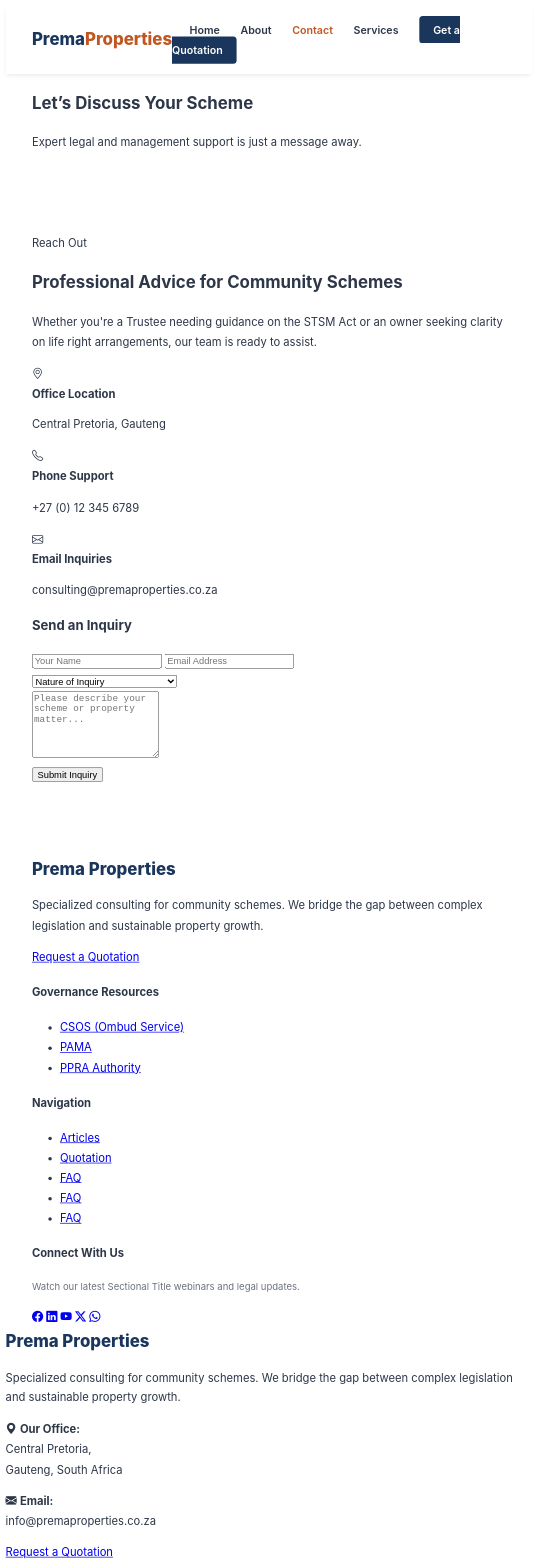
Repository: mnqobiMenzi/Prema-Properties
Page: contact-us.html
An editor plug-in stored every save of this project. The page is shown before and after a run of saves, followed by the edit.
The browser window is 768 px wide. The pictures show the part of the page from y = 0 to 2240 px (the page is 2293 px tall before and 2712 px after), at 70% of full size.

Above is the page before, as saved 2026-02-10 12:33:56.

### contact-us.html
<!DOCTYPE html>
<html lang="en">
<head>
  <meta charset="UTF-8">
  <meta name="viewport" content="width=device-width, initial-scale=1.0">
  <title>Contact Us | Prema Properties</title>
  <link rel="stylesheet" href="CSS/style.css">
  <link rel="stylesheet" href="https://cdn.jsdelivr.net/npm/bootstrap-icons@1.13.1/font/bootstrap-icons.min.css">
</head>
<body>

  <header class="main-header">
    <div class="container header-flex">
      <div class="logo">Prema<span>Properties</span></div>
      <nav>
        <a href="index.html">Home</a>
        <a href="about-us.html">About</a>
        <a href="contact-us.html" class="active">Contact</a>
        <a href="services.html">Services</a>
        <a href="quote.html" class="nav-btn">Get a Quotation</a>
      </nav>
    </div>
  </header>

  <section class="contact-hero-v2">
    <div class="container">
      <h1>Let’s Discuss Your Scheme</h1>
      <p>Expert legal and management support is just a message away.</p>
    </div>
  </section>

  <section class="section-padding">
    <div class="container">
      <div class="contact-wrapper">

        <div class="contact-info">
          <span class="label">Reach Out</span>
          <h2>Professional Advice for Community Schemes</h2>
          <p>Whether you're a Trustee needing guidance on the STSM Act or an owner seeking clarity on life right arrangements, our team is ready to assist.</p>

          <div class="info-details">
            <div class="info-item">
              <i class="bi bi-geo-alt"></i>
              <div>
                <strong>Office Location</strong>
                <p>Central Pretoria, Gauteng</p>
              </div>
            </div>
            <div class="info-item">
              <i class="bi bi-telephone"></i>
              <div>
                <strong>Phone Support</strong>
                <p>+27 (0) 12 345 6789</p>
              </div>
            </div>
            <div class="info-item">
              <i class="bi bi-envelope"></i>
              <div>
                <strong>Email Inquiries</strong>
                <p>consulting@premaproperties.co.za</p>
              </div>
            </div>
          </div>
        </div>

        <div class="contact-form-card">
          <h3 class="form-title">Send an Inquiry</h3>
          <form id="contactForm">
            <div class="form-row">
              <input type="text" placeholder="Your Name" required>
              <input type="email" placeholder="Email Address" required>
            </div>
            <div class="form-group">
              <select required>
                <option value="" disabled selected>Nature of Inquiry</option>
                <option value="stsm">STSM Act Compliance</option>
                <option value="retirement">Retirement Scheme Life Rights</option>
                <option value="conveyancing">Conveyancing & Property Law</option>
                <option value="dispute">Dispute Resolution (CSOS)</option>
              </select>
            </div>
            <div class="form-group">
              <textarea placeholder="Please describe your scheme or property matter..." rows="6" required></textarea>
            </div>
            <button type="submit" class="submit-btn-v2">Submit Inquiry</button>
          </form>
        </div>

      </div>
    </div>
  </section>

  <div id="footer-placeholder"></div>
  <script src="JavaScript/script.js"></script>
</body>
</html>

### CSS/style.css
/* --- Core Styles --- */
:root {
  --primary: #1a365d;
  --secondary: #c05621;
  --text: #2d3748;
  --white: #ffffff;
  --gray: #f7fafc;
  --transition: all 0.3s ease;
}

body {
  font-family: 'Inter', sans-serif;
  color: var(--text);
  line-height: 1.8;
}

.container { width: 90%; max-width: 1200px; margin: 0 auto; }
.section-padding { padding: 100px 0; }
.light-gray { background: var(--gray); }

/* --- Header --- */
.main-header {
  background: var(--white);
  padding: 20px 0;
  box-shadow: 0 4px 6px -1px rgba(0,0,0,0.1);
  position: sticky;
  top: 0; z-index: 1000;
}

.header-flex { display: flex; justify-content: space-between; align-items: center; }

.logo { font-size: 1.5rem; font-weight: 800; color: var(--primary); }
.logo span { color: var(--secondary); }

nav a {
  text-decoration: none;
  color: var(--text);
  font-weight: 600;
  margin-left: 25px;
  font-size: 0.95rem;
  transition: var(--transition);
}

nav a:hover, nav a.active { color: var(--secondary); }

.nav-btn {
  background: var(--primary);
  color: white !important;
  padding: 10px 20px;
  border-radius: 5px;
}

/* --- Hero v2 --- */
.hero-v2 {
  background: url('../images/Sectional-Title-Disputes.jpg') center/cover no-repeat;
  height: 85vh;
  position: relative;
}

.hero-overlay {
  background: linear-gradient(to right, rgba(26, 54, 93, 0.9), rgba(26, 54, 93, 0.4));
  height: 100%;
  display: flex;
  align-items: center;
  color: white;
}

.badge {
  background: var(--secondary);
  padding: 5px 15px;
  border-radius: 50px;
  font-size: 0.8rem;
  font-weight: bold;
  text-transform: uppercase;
}

.hero-v2 h1 { font-size: 3.5rem; margin: 20px 0; line-height: 1.2; max-width: 700px; }
.hero-v2 p { font-size: 1.25rem; max-width: 600px; margin-bottom: 30px; opacity: 0.9; }

.btn-main {
  background: var(--secondary);
  color: white;
  padding: 15px 35px;
  text-decoration: none;
  font-weight: bold;
  border-radius: 5px;
  display: inline-block;
}

.btn-outline {
  border: 2px solid white;
  color: white;
  padding: 13px 35px;
  text-decoration: none;
  border-radius: 5px;
  margin-left: 15px;
}

/* --- Trust Bar --- */
.trust-bar { background: var(--primary); color: white; padding: 30px 0; }
.trust-bar .container { display: flex; justify-content: space-around; text-align: center; }
.trust-item strong { display: block; font-size: 1.8rem; color: var(--secondary); }

/* --- Grid & Cards --- */
.split-grid { display: grid; grid-template-columns: 1fr 1fr; gap: 80px; align-items: center; }

.services-grid-v2 {
  display: grid;
  grid-template-columns: repeat(auto-fit, minmax(250px, 1fr));
  gap: 30px;
  margin-top: 50px;
}

.s-card {
  background: white;
  padding: 40px;
  border-radius: 10px;
  box-shadow: 0 10px 15px rgba(0,0,0,0.05);
  transition: var(--transition);
}

.s-card:hover { transform: translateY(-10px); }
.s-card i { font-size: 2.5rem; color: var(--secondary); margin-bottom: 20px; display: block; }
.s-card h3 { margin-bottom: 15px; color: var(--primary); }

.image-deco img {
  width: 100%;
  border-radius: 15px;
  box-shadow: 30px 30px 0 var(--gray), 31px 31px 0 var(--primary);
}

/* Responsive */
@media (max-width: 768px) {
  .hero-v2 h1 { font-size: 2.2rem; }
  .split-grid { grid-template-columns: 1fr; }
  .hero-actions { display: flex; flex-direction: column; gap: 15px; }
  .btn-outline { margin-left: 0; }
}

/* About Page Specifics */
.about-hero-v2 {
  background: linear-gradient(rgba(26, 54, 93, 0.9), rgba(26, 54, 93, 0.9)), url('../images/office-bg.jpg');
  padding: 100px 0;
  text-align: center;
  color: white;
}

.about-intro {
  max-width: 800px;
  margin: 0 auto 60px;
  text-align: center;
}

.about-intro h2 {
  color: var(--primary);
  margin-bottom: 20px;
}

.values-grid {
  display: grid;
  grid-template-columns: repeat(auto-fit, minmax(280px, 1fr));
  gap: 30px;
}

.value-item i {
  font-size: 2.5rem;
  color: var(--secondary);
  margin-bottom: 15px;
  display: block;
}

/* Director Card Layout */
.director-card {
  display: grid;
  grid-template-columns: 1fr 1.5fr;
  gap: 60px;
  background: white;
  padding: 40px;
  border-radius: 15px;
  box-shadow: 0 20px 40px rgba(0,0,0,0.05);
  align-items: center;
}

.director-image {
  position: relative;
}

.exp-seal {
  position: absolute;
  bottom: -20px;
  right: -20px;
  background: var(--secondary);
  color: white;
  padding: 15px;
  border-radius: 50%;
  font-weight: bold;
  font-size: 0.9rem;
  box-shadow: 0 10px 20px rgba(192, 86, 33, 0.3);
}

.linkedin-link {
  display: inline-flex;
  align-items: center;
  gap: 10px;
  color: var(--primary);
  text-decoration: none;
  font-weight: bold;
  margin-top: 20px;
}

### JavaScript/script.js
document.addEventListener("DOMContentLoaded", function() {
    const footerPlaceholder = document.getElementById("footer-placeholder");

    if (footerPlaceholder) {
        fetch("footer.html")
            .then(response => {
                if (!response.ok) throw new Error("Footer file not found");
                return response.text();
            })
            .then(data => {
                footerPlaceholder.innerHTML = data;
            })
            .catch(err => {
                console.warn("Footer load failed. Error:", err);
                // Fallback text so you know it's trying to work
                footerPlaceholder.innerHTML = "<p style='text-align:center; padding:20px;'>Footer Loading...</p>";
            });
    }
});

### footer.html
<!DOCTYPE html>
<html lang="en">
<head>
    <meta charset="UTF-8">
    <meta name="viewport" content="width=device-width, initial-scale=1.0">
    <title>Document</title>
</head>
<body>
    <footer class="main-footer">
  <div class="container footer-grid">
    <div class="footer-column brand-info">
      <div class="logo">Prema Properties</div>
      <p>Specialized consulting for community schemes. We bridge the gap between complex legislation and sustainable property growth.</p>
      <a href="quote.html" class="footer-cta-btn">Request a Quotation</a>
    </div>

    <div class="footer-column">
      <h4>Governance Resources</h4>
      <ul>
        <li><a href="https://www.csos.org.za/" target="_blank">CSOS (Ombud Service)</a></li>
        <li><a href="https://www.pama.org.za/" target="_blank">PAMA</a></li>
        <li><a href="https://www.eaab.org.za/" target="_blank">PPRA Authority</a></li>
      </ul>
    </div>

    <div class="footer-column">
      <h4>Navigation</h4>
      <ul>
        <li><a href="articles.html">Articles</a></li>
        <li><a href="quote.html">Quotation</a></li>
        <li><a href="FAQ.html">FAQ</a></li>
        <li><a href="about-us.html">FAQ</a></li>
        <li><a href="contact-us.html">FAQ</a></li>
      </ul>
    </div>
    <div class="footer-column">
  <h4>Connect With Us</h4>
  <p style="font-size: 0.85rem; margin-bottom: 15px; opacity: 0.7;">
    Watch our latest Sectional Title webinars and legal updates.
  </p>
  <div class="social-icons">
    <a href="#" target="_blank" title="Facebook"><i class="bi bi-facebook"></i></a>
    <a href="#" target="_blank" title="LinkedIn"><i class="bi bi-linkedin"></i></a>
    <a href="#" target="_blank" title="YouTube"><i class="bi bi-youtube"></i></a>
    <a href="#" target="_blank" title="X (Twitter)"><i class="bi bi-twitter-x"></i></a>
    <a href="#" target="_blank" title="WhatsApp"><i class="bi bi-whatsapp"></i></a>
  </div>
</div>
  </div>
  <div class="footer-column brand-info">
  <div class="logo">Prema Properties</div>
  <p>Specialized consulting for community schemes. We bridge the gap between complex legislation and sustainable property growth.</p>

  <div class="footer-address">
    <p><i class="bi bi-geo-alt-fill"></i> <strong>Our Office:</strong><br>
    Central Pretoria,<br>
    Gauteng, South Africa</p>

    <p><i class="bi bi-envelope-fill"></i> <strong>Email:</strong><br>
    info@premaproperties.co.za</p>
  </div>

  <a href="quote.html" class="footer-cta-btn">Request a Quotation</a>
</div>
  <div class="footer-bottom">
    <div class="container"><p>&copy; 2026 Prema Properties.</p></div>
  </div>
</footer>
</body>
</html>

After the next 3 saves:
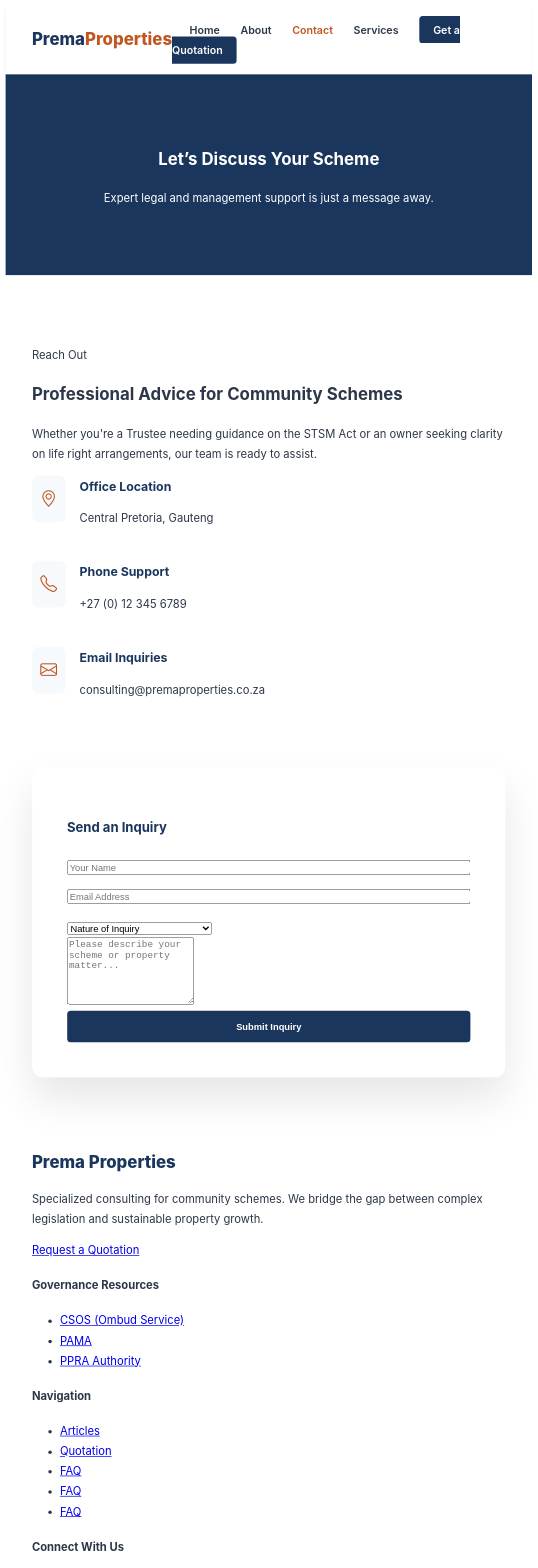
The 3 saves are shown as one change because they came seconds apart.
The last was saved 26 s later.
--- a/CSS/style.css
+++ b/CSS/style.css
@@ -207,3 +207,83 @@ nav a:hover, nav a.active { color: var(--secondary); }
   font-weight: bold;
   margin-top: 20px;
 }
+
+/* --- Contact Page Specifics --- */
+.contact-hero-v2 {
+  background: var(--primary);
+  color: white;
+  padding: 80px 0;
+  text-align: center;
+}
+
+.contact-wrapper {
+  display: grid;
+  grid-template-columns: 1fr 1.2fr;
+  gap: 80px;
+  align-items: start;
+}
+
+/* Info Details */
+.info-item {
+  display: flex;
+  gap: 20px;
+  margin-bottom: 30px;
+  align-items: flex-start;
+}
+
+.info-item i {
+  font-size: 1.5rem;
+  color: var(--secondary);
+  background: var(--gray);
+  padding: 12px;
+  border-radius: 10px;
+}
+
+.info-item strong {
+  display: block;
+  font-size: 1.1rem;
+  color: var(--primary);
+}
+
+/* Form Styling */
+.contact-form-card {
+  background: white;
+  padding: 50px;
+  border-radius: 15px;
+  box-shadow: 0 30px 60px rgba(0,0,0,0.1);
+}
+
+.form-title {
+  margin-bottom: 30px;
+  color: var(--primary);
+  font-weight: 700;
+}
+
+.form-row {
+  display: grid;
+  grid-template-columns: 1fr 1fr;
+  gap: 20px;
+  margin-bottom: 20px;
+}
+
+.submit-btn-v2 {
+  width: 100%;
+  background: var(--primary);
+  color: white;
+  padding: 15px;
+  border: none;
+  border-radius: 5px;
+  font-weight: bold;
+  cursor: pointer;
+  transition: var(--transition);
+}
+
+.submit-btn-v2:hover {
+  background: var(--secondary);
+  transform: translateY(-2px);
+}
+
+@media (max-width: 992px) {
+  .contact-wrapper { grid-template-columns: 1fr; gap: 50px; }
+  .form-row { grid-template-columns: 1fr; }
+}
